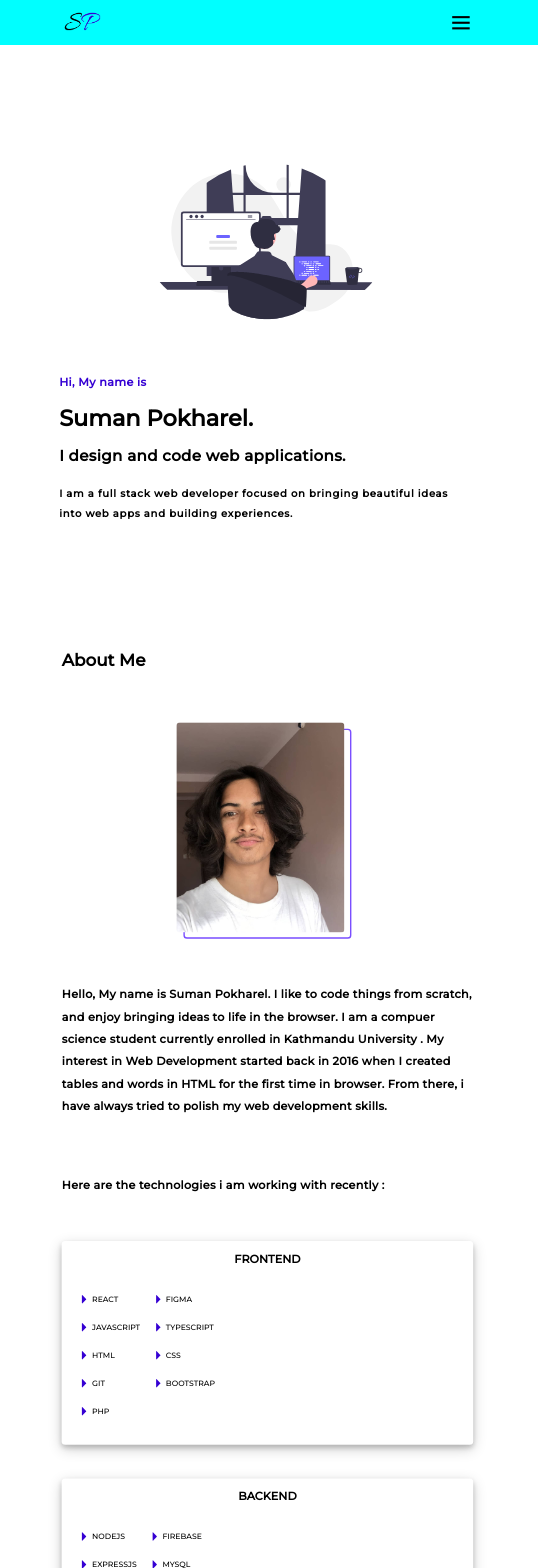
Repository: iamsumanp/portfolio
Page: /
The author's editor kept a copy of each file at every save. The page is drawn from the files as they stood at one save, then again after the next save.
The browser window is 768 px wide. The pictures show the part of the page from y = 0 to 2240 px (the page is 5937 px tall), at 70% of full size.
The project was rebuilt for these pictures with package versions that can differ from the ones it lists, and the page was loaded fresh each time.

Above is the page before, as saved 2022-07-11 16:03:33.

After the next save:
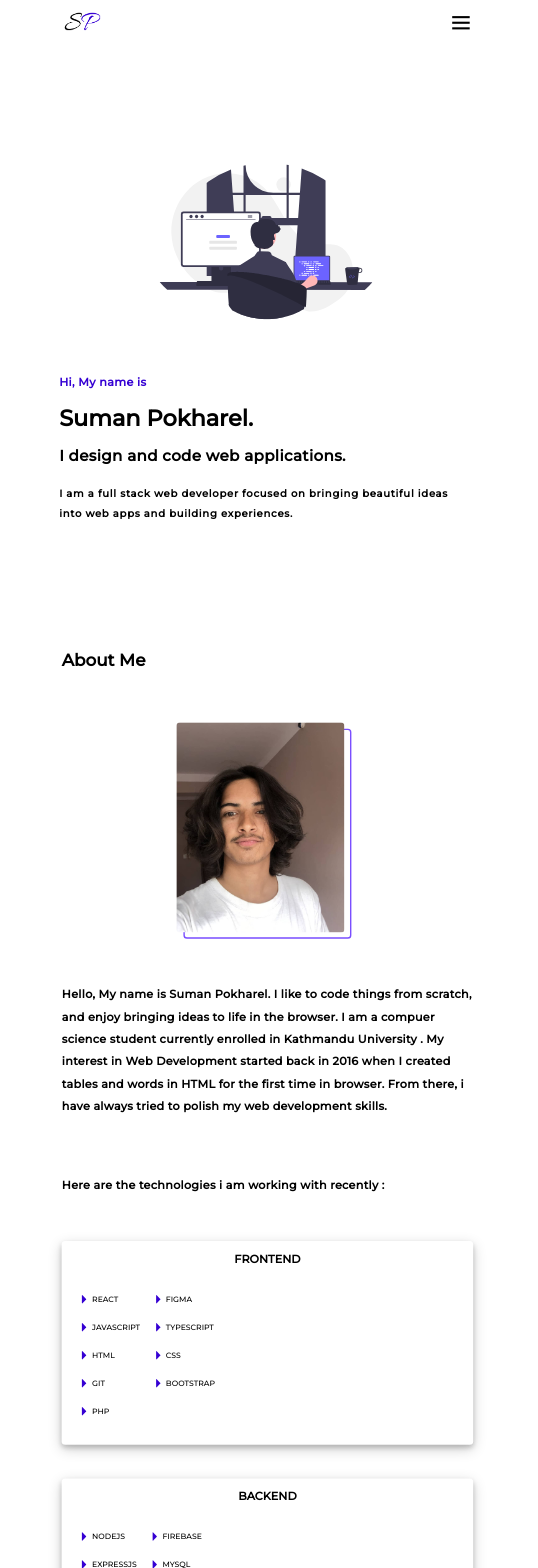
Saved 19 s later.
--- a/src/styles/styles.css
+++ b/src/styles/styles.css
@@ -32,7 +32,7 @@ body {
   position: sticky;
   top: 0px;
   z-index: 2;
-  background-color: aqua;
+  background-color: var(--main-white);
 }
 @media (max-width: 1100px) {
   .navBar {
@@ -613,4 +613,4 @@ body {
   .spSpan {
     text-align: center;
   }
-}/*# sourceMappingURL=styles_20220711160333.css.map */
+}/*# sourceMappingURL=styles_20220711160352.css.map */
